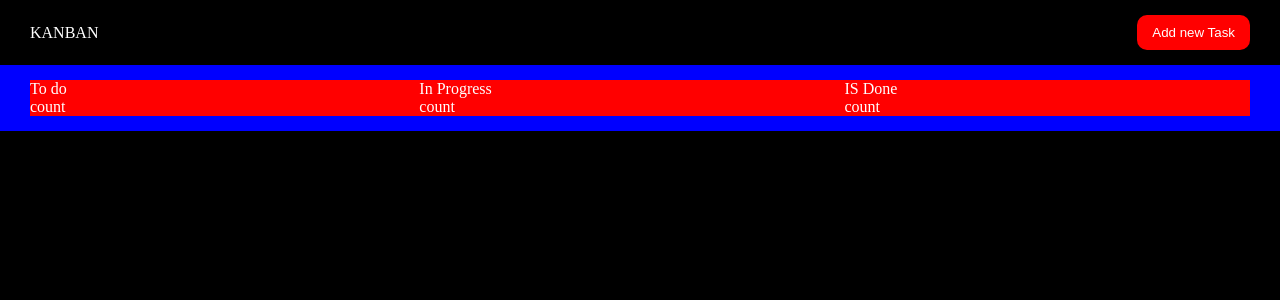
Repository: Sandeepji-5/Kanban-board
Page: index.html
The author's editor kept a copy of each file at every save. The page is drawn from the files as they stood at one save, then again after the next save.
The browser window is 1280 px wide. The pictures show the whole page.

Above is the page before, as saved 2025-12-08 18:12:03.

After the next save:
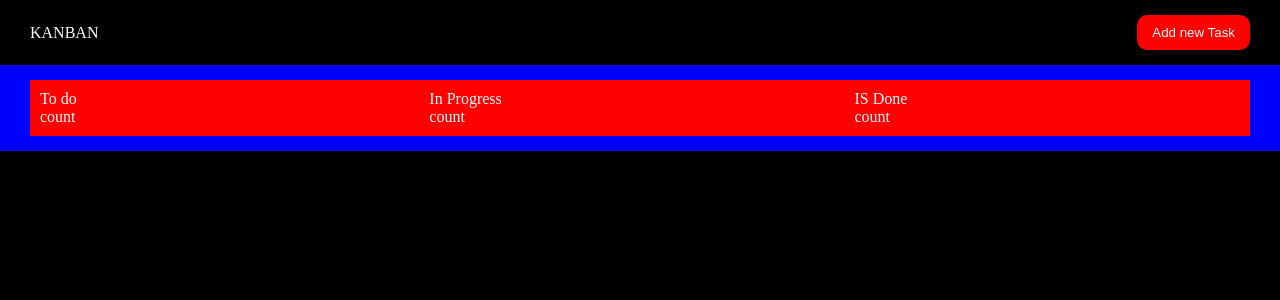
Saved 15 s later.
--- a/style.css
+++ b/style.css
@@ -79,6 +79,7 @@ section{
 
 }
 section .time-column{
+    padding: var(--padding-m);
 background-color: red;
 flex-grow: 1;
 }
